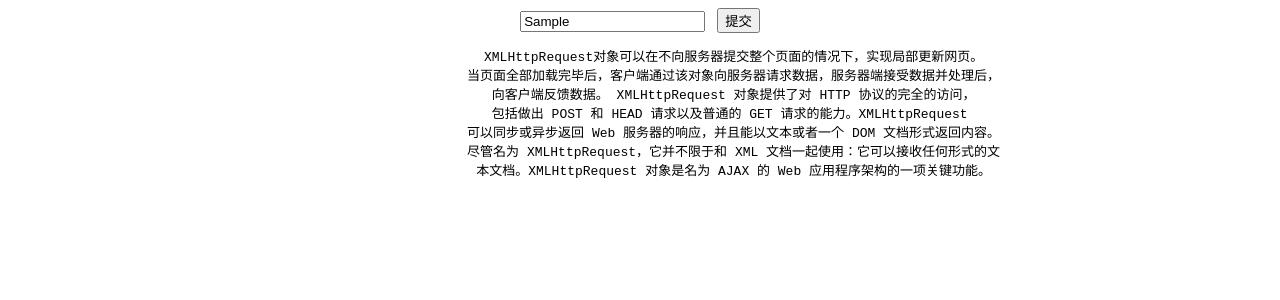
Repository: jsjchai/springmvc_study
Page: http://localhost/ajax02_onreadystatechange/
These files come from the project's save history. The page is drawn as it stood at one moment and after the next save; the edit follows.
The browser window is 1280 px wide. The pictures show the whole page.
Empty fields were first filled with sample values (such as "Sample", 5 or name@example.com).
After loading, the first visible `input[onclick="getUserName()"]` was clicked once.
The page is served by Tomcat 9.

Above is the page before, as saved 2015-04-06 15:01:11.

### springmvc/Ajax&Json/ajax02_onreadystatechange/WebContent/index.jsp
<%@ page language="java" contentType="text/html; charset=utf-8"
    pageEncoding="utf-8"%>
<!DOCTYPE html PUBLIC "-//W3C//DTD HTML 4.01 Transitional//EN" "http://www.w3.org/TR/html4/loose.dtd">
<html>
<head>
<meta http-equiv="Content-Type" content="text/html; charset=utf-8">
<title>用ajax发送get和post请求</title>
<script type="text/javascript">
	function getUserName(){
		var xmlHttp;
		if(window.XMLHttpRequest){
			xmlHttp=new XMLHttpRequest();
		}else{
			//IE6浏览器
			xmlHttp=new ActiveObject("Microsoft.XMLHTTP");
		}
		//alert("readstate="+xmlHttp.readyState+"   "+"status="+xmlHttp.status);
		xmlHttp.open("get","xmlHttpRequestServlet",true);
		xmlHttp.send();
		xmlHttp.onreadystatechange= function(){
			//alert("readstate="+xmlHttp.readyState+" "+"status="+xmlHttp.status);
			if(xmlHttp.readyState==4&&xmlHttp.status==200){
				alert(document.getElementById("text").valuel);
				document.getElementById("text").valuel=xmlHttp.responseText;
			}
		};
	}
</script>
</head>
<body>
	<div style="text-align: center;">
		<div>
			<input type="text" name="username" id="text">&nbsp;&nbsp;
			<input type="button" value="提交" onclick="getUserName()">
		</div>
		<pre>
			XMLHttpRequest对象可以在不向服务器提交整个页面的情况下，实现局部更新网页。
			当页面全部加载完毕后，客户端通过该对象向服务器请求数据，服务器端接受数据并处理后，
			向客户端反馈数据。 XMLHttpRequest 对象提供了对 HTTP 协议的完全的访问，
			包括做出 POST 和 HEAD 请求以及普通的 GET 请求的能力。XMLHttpRequest
			可以同步或异步返回 Web 服务器的响应，并且能以文本或者一个 DOM 文档形式返回内容。
			尽管名为 XMLHttpRequest，它并不限于和 XML 文档一起使用：它可以接收任何形式的文
			本文档。XMLHttpRequest 对象是名为 AJAX 的 Web 应用程序架构的一项关键功能。
		</pre>
	</div>
</body>
</html>

### springmvc/Ajax&Json/ajax02_onreadystatechange/src/com/ajax/servlet/XMLHttpRequestServlet.java
package com.ajax.servlet;

import java.io.IOException;
import java.io.PrintWriter;

import javax.servlet.ServletException;
import javax.servlet.annotation.WebServlet;
import javax.servlet.http.HttpServlet;
import javax.servlet.http.HttpServletRequest;
import javax.servlet.http.HttpServletResponse;

@WebServlet("/xmlHttpRequestServlet")
public class XMLHttpRequestServlet extends HttpServlet {
	private static final long serialVersionUID = 1L;

	protected void doGet(HttpServletRequest request,
			HttpServletResponse response) throws ServletException, IOException {
		doPost(request, response);
	}

	protected void doPost(HttpServletRequest request,
			HttpServletResponse response) throws ServletException, IOException {

		response.setContentType("text/html;charset=utf-8");
//		String name=request.getParameter("name");
//		String age=request.getParameter("age");
//		System.out.println("name="+name);
//		System.out.println("age="+age);

		PrintWriter printWriter=response.getWriter();
		printWriter.print("ajax럿쀼斤口");
	}
}

After the next save:
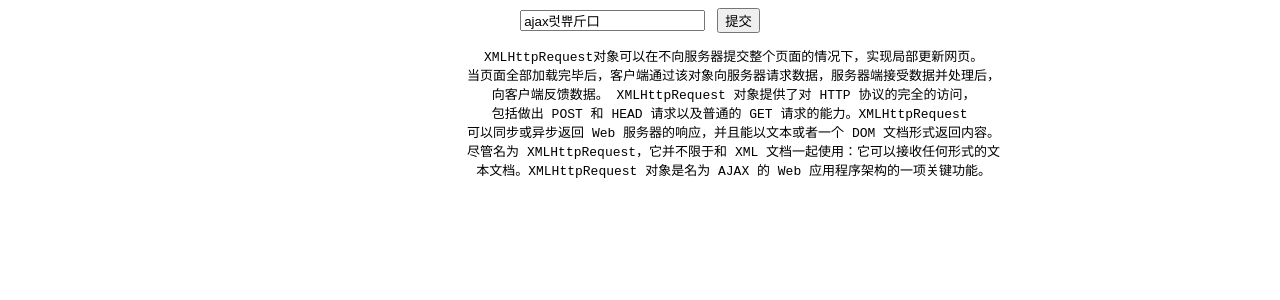
Saved 31 s later.
--- a/springmvc/Ajax&Json/ajax02_onreadystatechange/WebContent/index.jsp
+++ b/springmvc/Ajax&Json/ajax02_onreadystatechange/WebContent/index.jsp
@@ -20,8 +20,7 @@
 		xmlHttp.onreadystatechange= function(){
 			//alert("readstate="+xmlHttp.readyState+" "+"status="+xmlHttp.status);
 			if(xmlHttp.readyState==4&&xmlHttp.status==200){
-				alert(document.getElementById("text").valuel);
-				document.getElementById("text").valuel=xmlHttp.responseText;
+				document.getElementById("text").value=xmlHttp.responseText;
 			}
 		};
 	}
